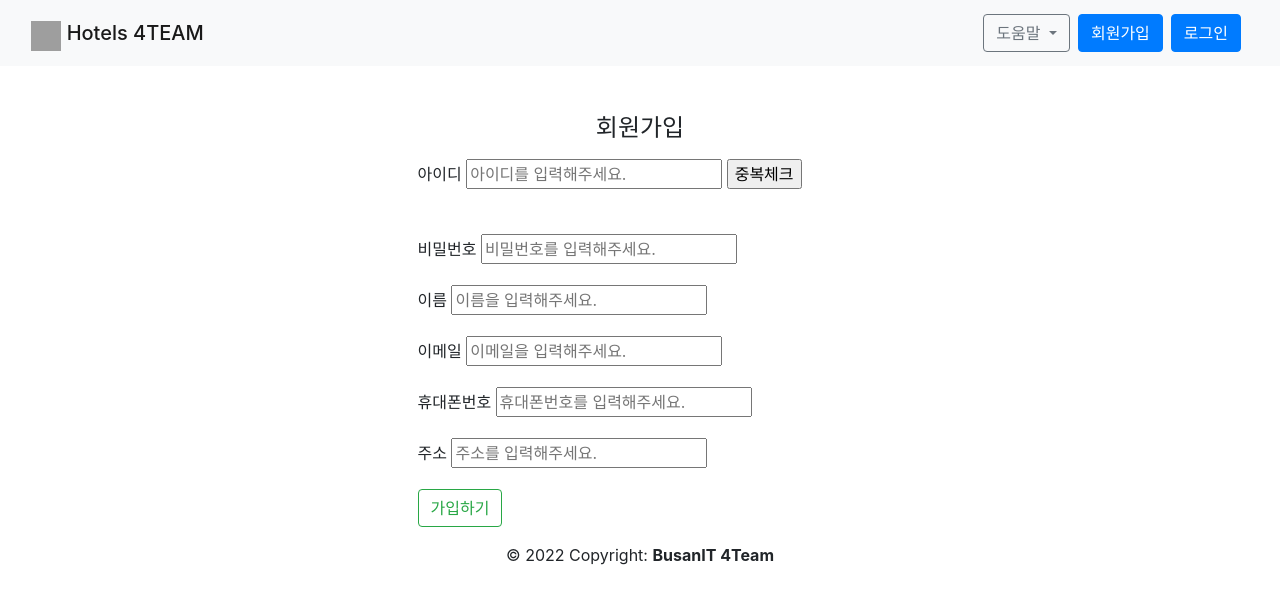
Repository: ShinKioh/Hotel_project
Page: http://localhost/HOTEL/register.jsp
These files come from the project's save history. The page is drawn as it stood at one moment and after the next save; the edit follows.
The browser window is 1280 px wide. The pictures show the whole page.
Pictures or frames that could not be fetched are drawn as grey boxes. The page is served by Tomcat 9.

Above is the page before, as saved 2022-02-23 02:14:40.

After the next save:
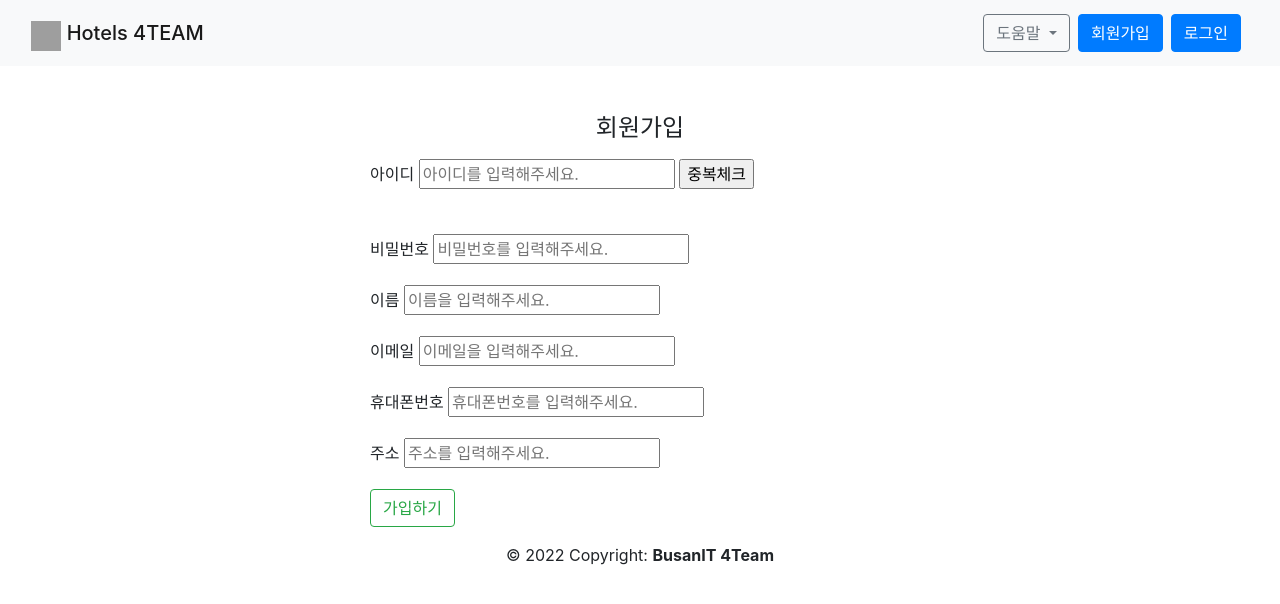
Saved 7 s later.
--- a/HOTEL/WebContent/register.jsp
+++ b/HOTEL/WebContent/register.jsp
@@ -36,7 +36,7 @@
 	</header>
 	<div class="container">
 		<div class="row mt-5">
-			<div class="col-md-5 mx-auto">
+			<div class="col-md-6 mx-auto">
 				<h4 class="text-center mb-3">회원가입</h4>
 				<form action="<%=request.getContextPath()%>/register" method="post">
 					<div class="form-group">
